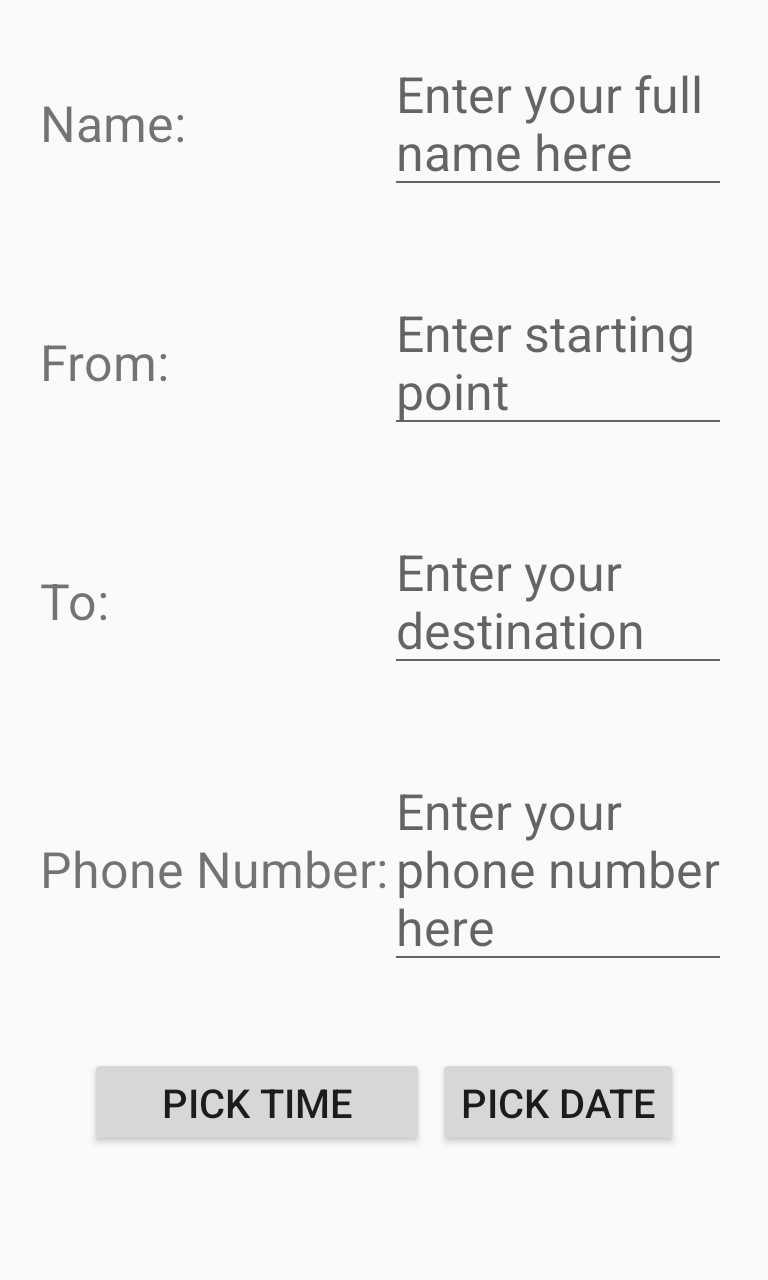
Repository: TewodrosT/LiLY
Layout: TransportationLily/res/layout/activity_main.xml
The author's editor kept a copy of each file at every save. The layout is drawn from the files as they stood at one save, then again after the next save.
It is drawn on a 768 x 1280 px phone screen (xhdpi) without system bars, with theme AppTheme; the app's code is not run.

Above is the layout before, as saved 2014-08-06 12:57:07.

After the next save:
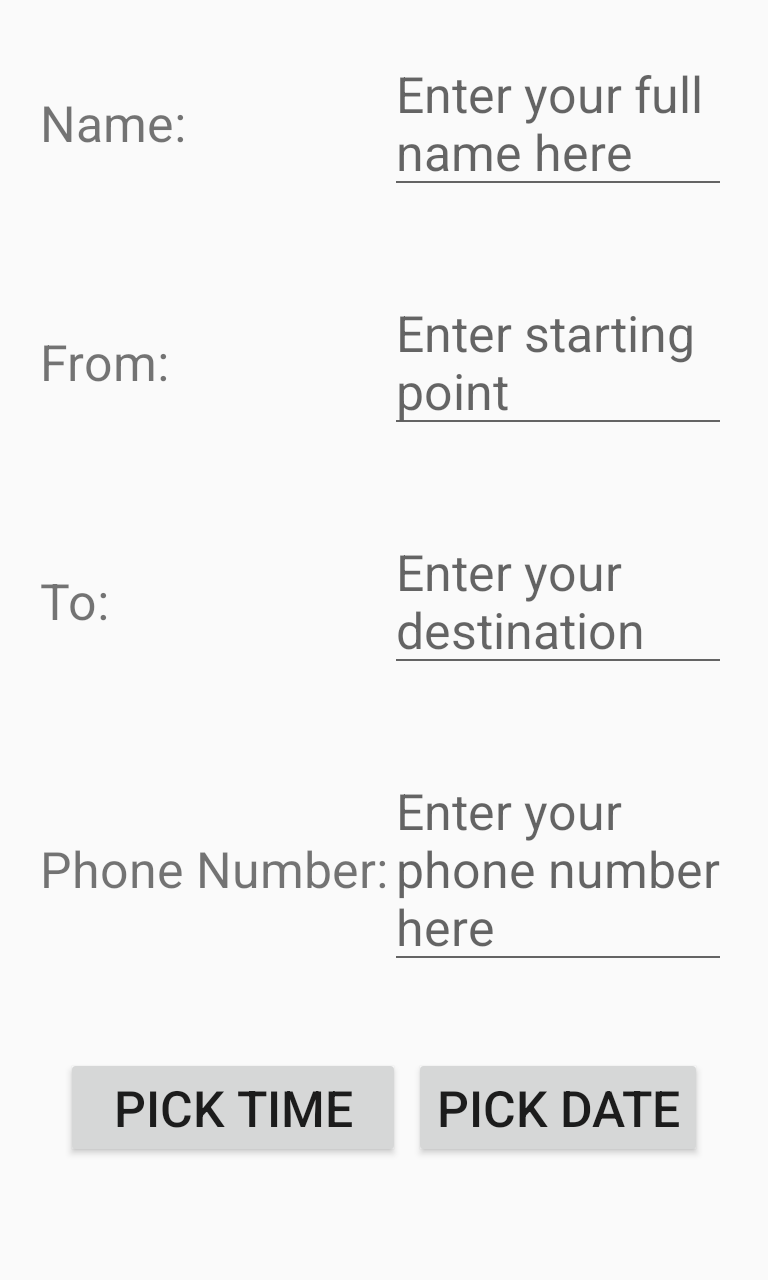
Saved 52 s later.
--- a/TransportationLily/res/layout/activity_main.xml
+++ b/TransportationLily/res/layout/activity_main.xml
@@ -99,14 +99,14 @@
                 android:onClick="showTimePickerDialog"
                 android:text="@string/pick_time"
                 android:layout_marginRight="5sp"
-                android:textSize = "20sp" />
+                android:textSize = "25sp" />
 
             <Button
                 android:layout_width="match_parent"
                 android:layout_height="wrap_content"
                 android:onClick="showDatePickerDialog"
                 android:text="@string/pick_date"
-                android:textSize = "20sp" />
+                android:textSize = "25sp" />
         </TableRow>
 
         <TableRow
